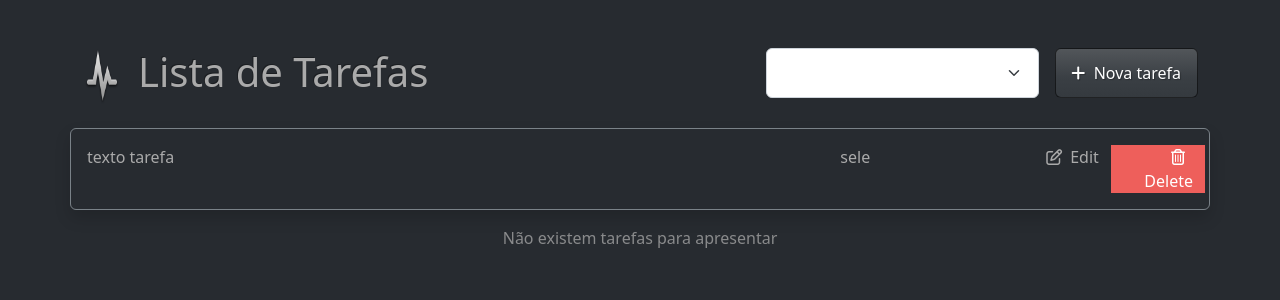
Repository: cargugati/lista_tarefas
Page: frontEnd/index.html
An editor plug-in stored every save of this project. The page is shown before and after the next save, followed by the edit.
The browser window is 1280 px wide. The pictures show the whole page.

Above is the page before, as saved 2023-03-18 21:11:46.

After the next save:
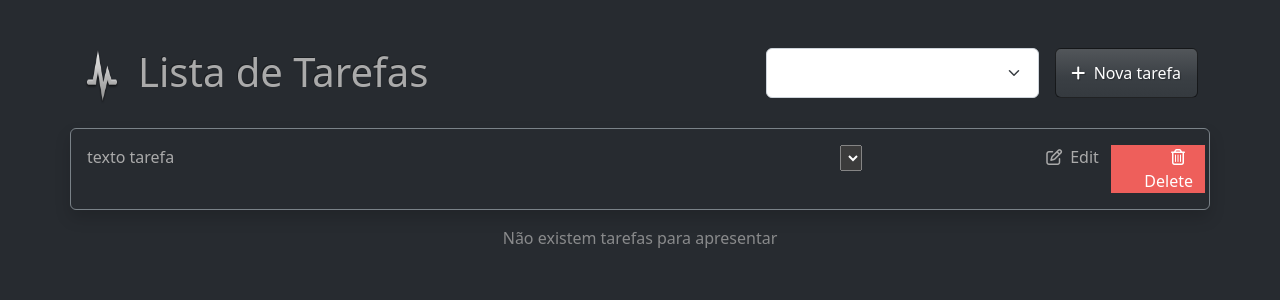
Saved 7 s later.
--- a/frontEnd/index.html
+++ b/frontEnd/index.html
@@ -40,7 +40,7 @@
         <div class="row">
           <div class="col-8">texto tarefa</div>
           <div class="col-2">
-            sele
+            <select name="" id=""></select>
           </div>
           <div class="col-1 text-end"><i class="fa-regular fa-pen-to-square me-2"></i>Edit</div>
           <div class="col-1 text-end text-bg-danger"><i class="fa-regular fa-trash-can me-2"></i>Delete</div>
